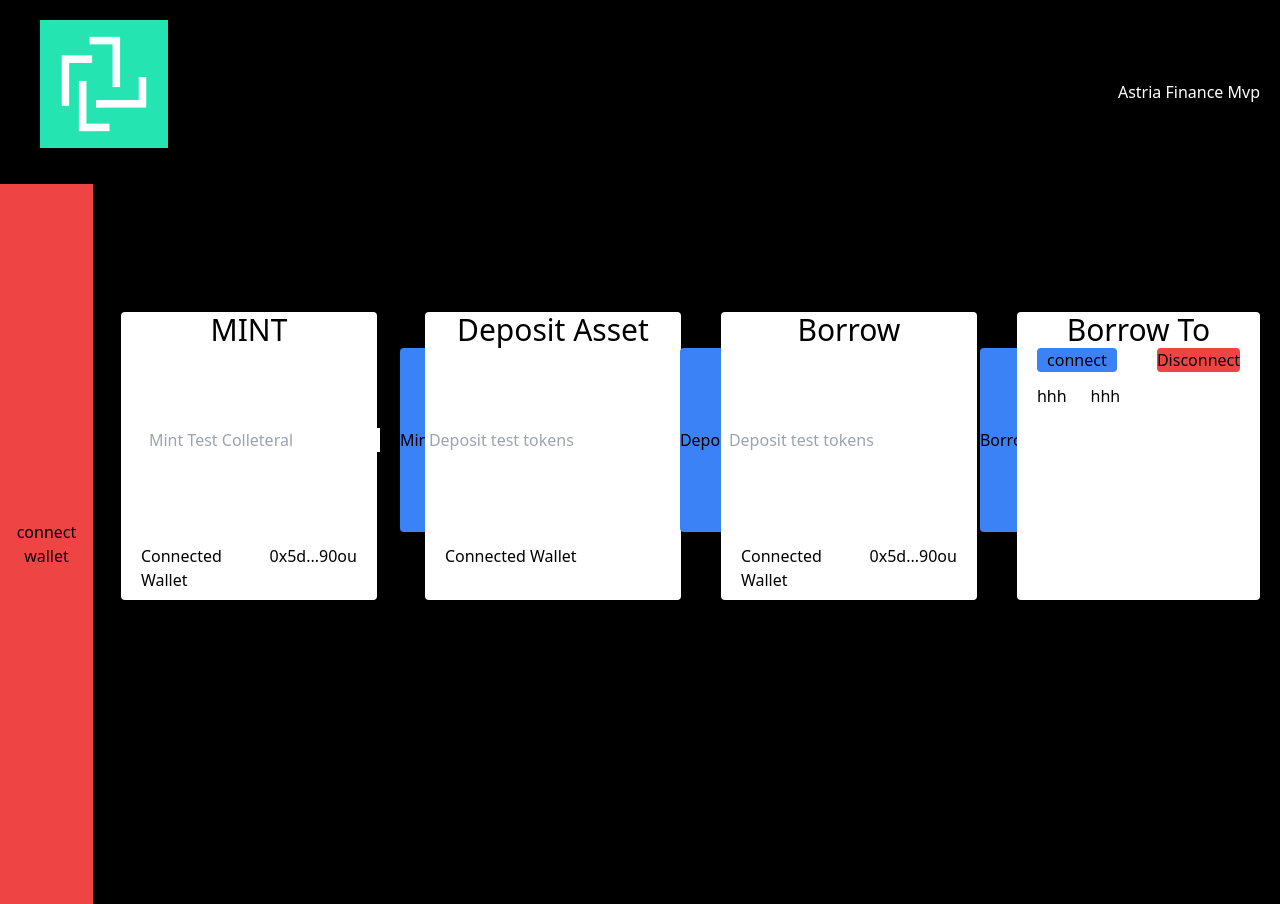
Repository: AstriaFinance/AstriaMvp
Page: /
The author's editor kept a copy of each file at every save. The page is drawn from the files as they stood at one save, then again after the next save.
The browser window is 1280 px wide. The pictures show the whole page.
The project was rebuilt for these pictures with package versions that can differ from the ones it lists, and the page was loaded fresh each time. Also part of the build but not shown: src/components/About.jsx, src/components/Shop.jsx, src/components/ErrorPage.jsx.

Above is the page before, as saved 2022-06-21 20:40:39.

After the next save:
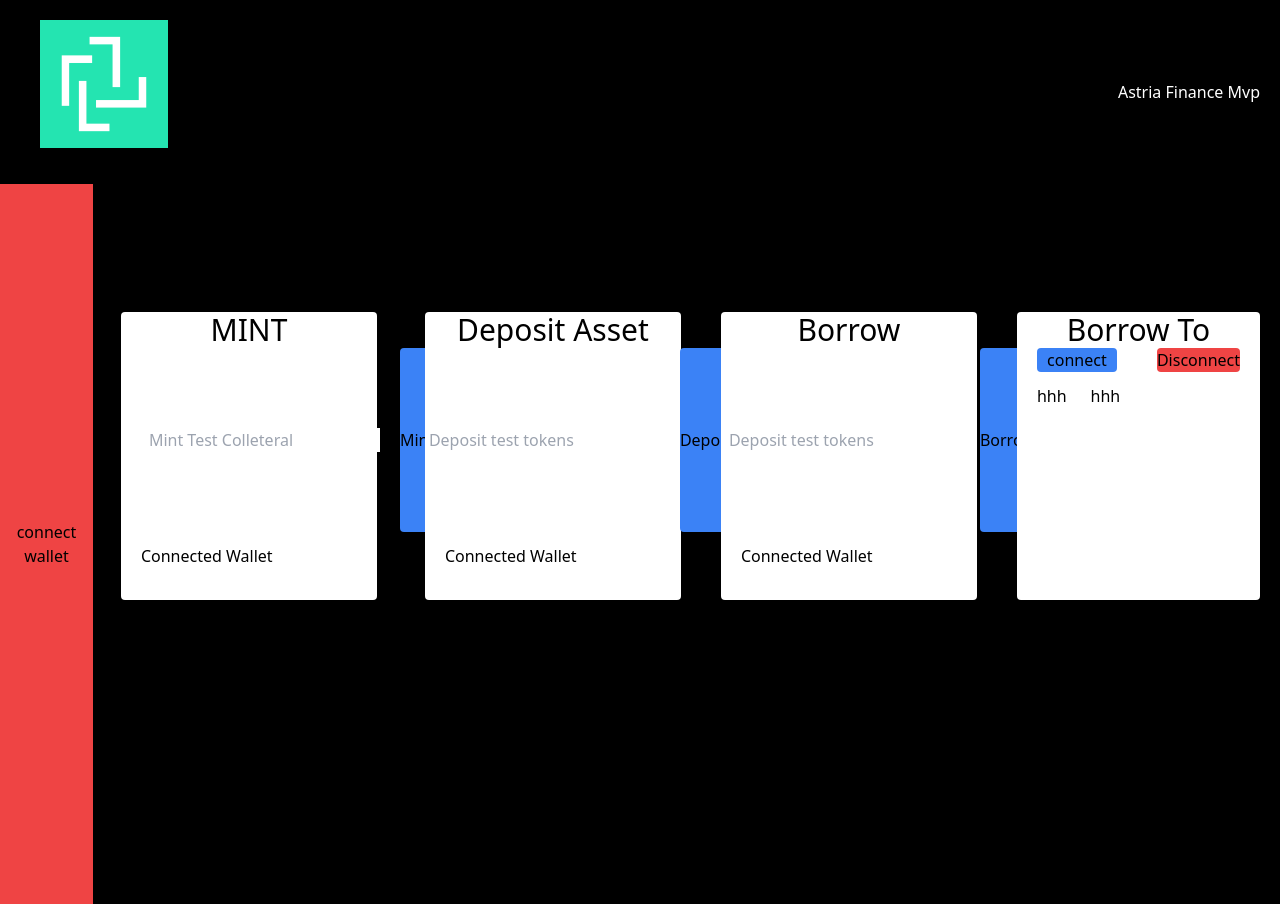
Saved 37 s later.
--- a/src/components/Home.jsx
+++ b/src/components/Home.jsx
@@ -39,7 +39,7 @@ const Home = () => {
   </div>
    <ul className="mx-5 my-3 flex gap-6">
      <li>Connected Wallet</li>
-     <li>0x5d...90ou</li>
+     <li>{defaultAccount}</li>
    </ul>
  </div>
 
@@ -64,7 +64,7 @@ const Home = () => {
   </div>
    <ul className="mx-5 my-3 flex gap-6">
      <li>Connected Wallet</li>
-     <li>0x5d...90ou</li>
+     <li>{defaultAccount}</li>
    </ul>
  </div>
 
